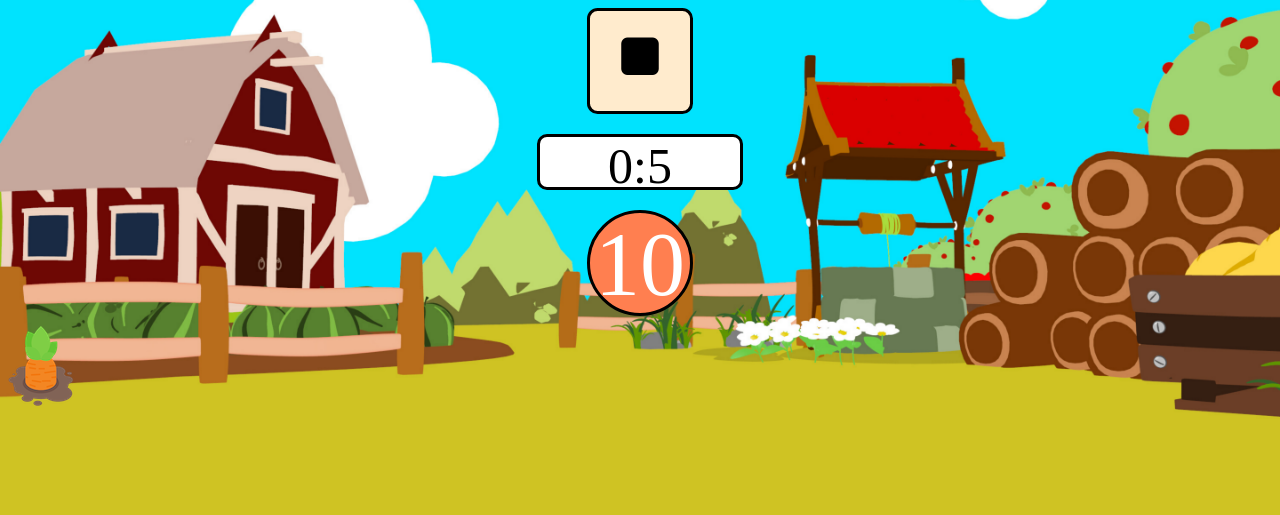
Repository: rumor1993/DreamCoding-Browser101
Page: Chapter07/index.html
These files come from the project's save history. The page is drawn as it stood at one moment and after the next save; the edit follows.
The browser window is 1280 px wide. The pictures show the whole page.
Some web libraries are served in a nearby version.

Above is the page before, as saved 2021-01-01 13:50:17.

### Chapter07/index.html
<!DOCTYPE html>
<html lang="en">
  <head>
    <meta charset="UTF-8" />
    <meta name="viewport" content="width=device-width, initial-scale=1.0" />
    <title>Document</title>
    <style>
      body {
        background-repeat: no-repeat;
        background-size: cover;
        background-image: url("carrot/img/background.png");
      }

      .stop {
        position: relative;
        background-color: blanchedalmond;
        width: 100px;
        height: 100px;
        font-size: 50px;
        margin: auto;
        text-align: center;
        border: 3px solid black;
        border-radius: 10%;
      }

      .stop i {
        margin-top: 20%;
      }

      .timer {
        position: relative;
        width: 200px;
        height: 50px;
        margin: 20px auto;
        background-color: white;
        border: 3px solid black;
        border-radius: 10px;
      }

      .carrot-count {
        margin: 10px auto;
        background-color: coral;
        width: 100px;
        height: 100px;
        border-radius: 100%;
        border: 3px solid black;
      }

      .count {
        text-align: center;
        font-size: 90px;
        color: white;
      }

      .carrot {
        width: 100px;
        height: 100px;
        background-image: url("carrot/img/carrot.png");
        background-repeat: no-repeat;
      }

      .bug {
        width: 100%;
        height: 100%;
        background-image: url("carrot/img/bug.png");
        background-repeat: no-repeat;
      }

      .time {
        text-align: center;
        font-size: 50px;
      }
    </style>
    <script src="https://kit.fontawesome.com/86c035f01d.js" crossorigin="anonymous"></script>
  </head>
  <body>
    <div class="stop">
      <i class="fas fa-stop"></i>
    </div>
    <div class="timer">
      <div class="time">0:5</div>
    </div>
    <div class="carrot-count">
      <div class="count">10</div>
    </div>

    <div class="carrot"></div>
    <div class="bug"></div>
  </body>
</html>

After the next save:
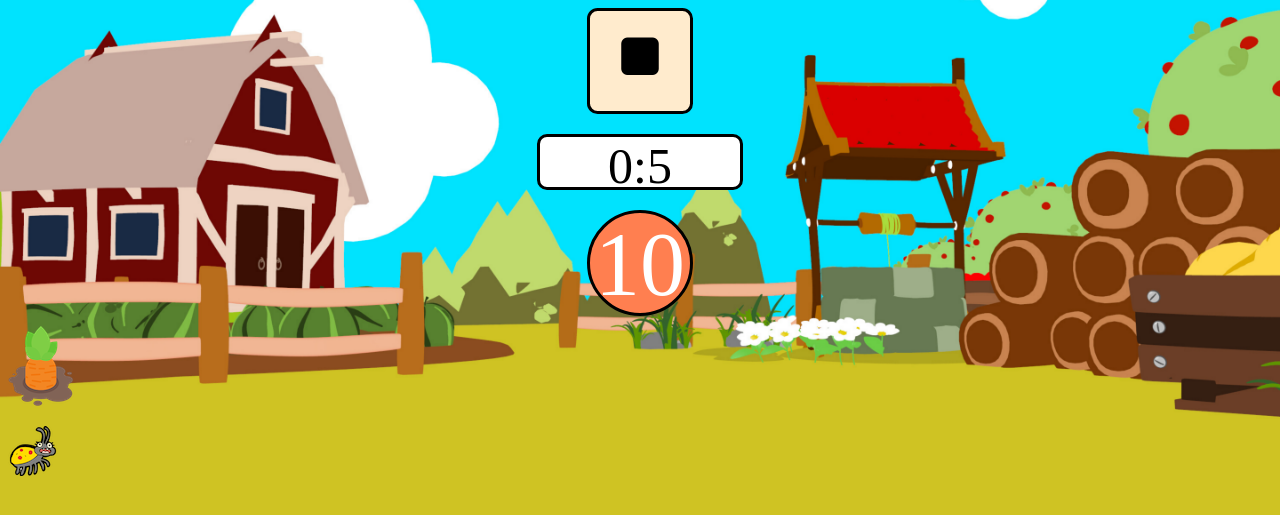
Saved 4 s later.
--- a/Chapter07/index.html
+++ b/Chapter07/index.html
@@ -60,8 +60,8 @@
       }
 
       .bug {
-        width: 100%;
-        height: 100%;
+        width: 100px;
+        height: 100px;
         background-image: url("carrot/img/bug.png");
         background-repeat: no-repeat;
       }
